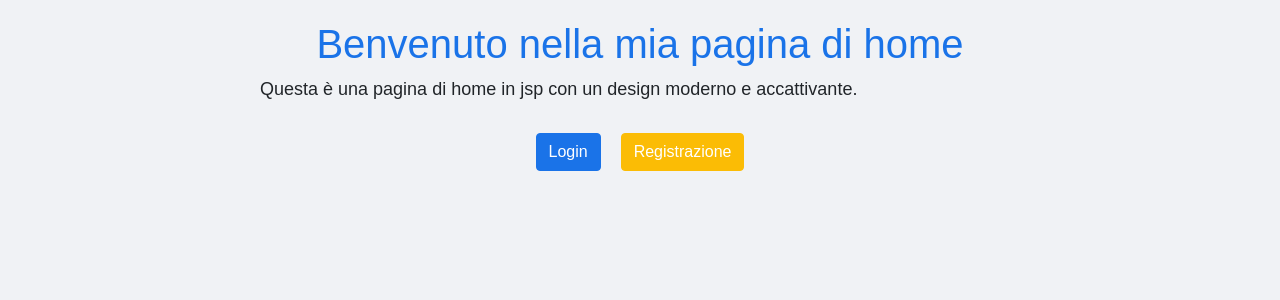
Repository: GabrielCellammare/WebApplication-SA-CyberSecurity
Page: http://localhost/WebProject-CellammareGabriel_ApplicationSecurity_/userNotLogged/index.jsp
The author's editor kept a copy of each file at every save. The page is drawn from the files as they stood at one save, then again after the next save.
The browser window is 1280 px wide. The pictures show the whole page.
The page is served by Tomcat 9. Nobody is signed in. The application's start-up code is not run.

Above is the page before, as saved 2024-01-12 10:51:42.

After the next save:
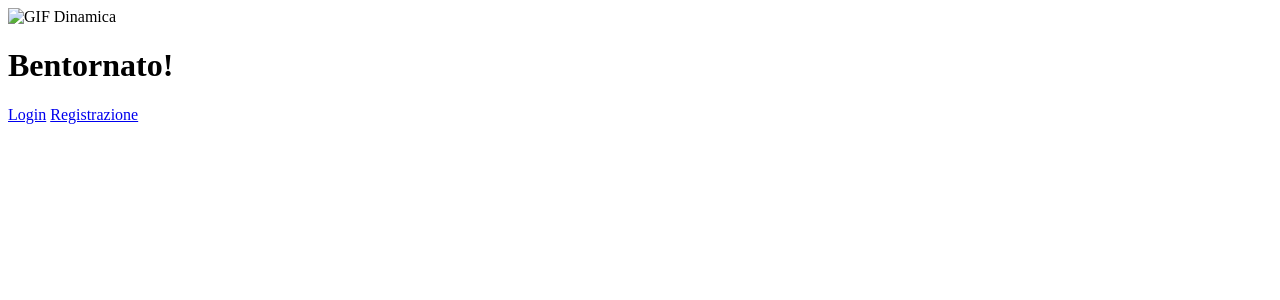
Not found: WebProject-CellammareGabriel(ApplicationSecurity)/WebProject-CellammareGabriel_ApplicationSecurity_/userNotLogged/path_t
Not found: WebProject-CellammareGabriel(ApplicationSecurity)/WebProject-CellammareGabriel_ApplicationSecurity_/userNotLogged/stile.
Saved 2 min 45 s later.
--- a/WebProject-CellammareGabriel(ApplicationSecurity)/WebContent/userNotLogged/index.jsp
+++ b/WebProject-CellammareGabriel(ApplicationSecurity)/WebContent/userNotLogged/index.jsp
@@ -3,19 +3,18 @@
 <html>
 <head>
     <meta charset="UTF-8">
-    <title>La mia pagina di home</title>
-    <!-- Bootstrap CDN -->
-    <link rel="stylesheet" href="https://stackpath.bootstrapcdn.com/bootstrap/4.5.2/css/bootstrap.min.css">
-    <!-- Il mio file css -->
-    <link rel="stylesheet" href="css/style.css">
+    <title>Home Page</title>
+    <link rel="stylesheet" type="text/css" href="stile.css">
 </head>
 <body>
     <div class="container">
-        <h1>Benvenuto nella mia pagina di home</h1>
-        <p>Questa è una pagina di home in jsp con un design moderno e accattivante.</p>
-        <div class="buttons">
-            <a href="login.jsp" class="btn btn-primary">Login</a>
-            <a href="register.jsp" class="btn btn-secondary">Registrazione</a>
+        <div class="gif-container">
+            <img src="path_to_your_gif.gif" alt="GIF Dinamica">
+        </div>
+        <div class="panel">
+            <h1>Bentornato!</h1>
+            <a href="login.jsp" class="button">Login</a>
+            <a href="registrazione.jsp" class="button">Registrazione</a>
         </div>
     </div>
 </body>
